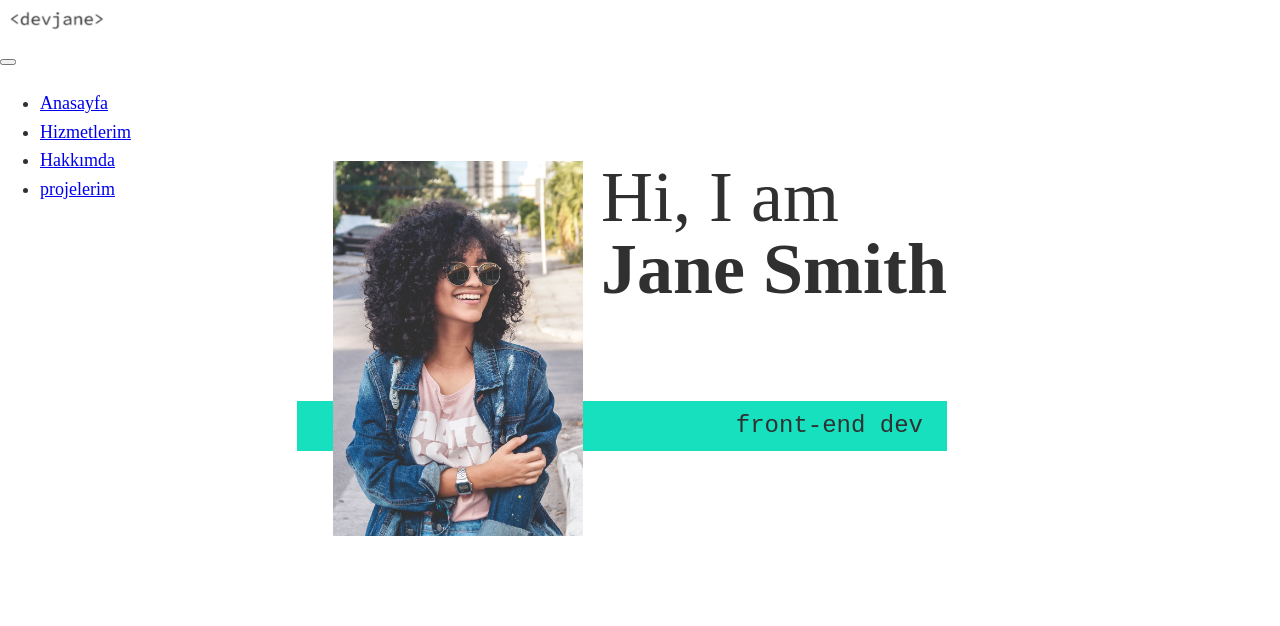
Repository: denizangin/portfolyo
Page: index.html
An editor plug-in stored every save of this project. The page is shown before and after a run of saves, followed by the edit.
The browser window is 1280 px wide. The pictures show the part of the page from y = 0 to 626 px (the page is 3806 px tall).
Pictures or frames that could not be fetched are drawn as grey boxes. A picture or video elsewhere on the page could not be fetched, so the positions and the page height are approximate.

Above is the page before, as saved 2024-08-06 04:11:37.

After the next 10 saves:
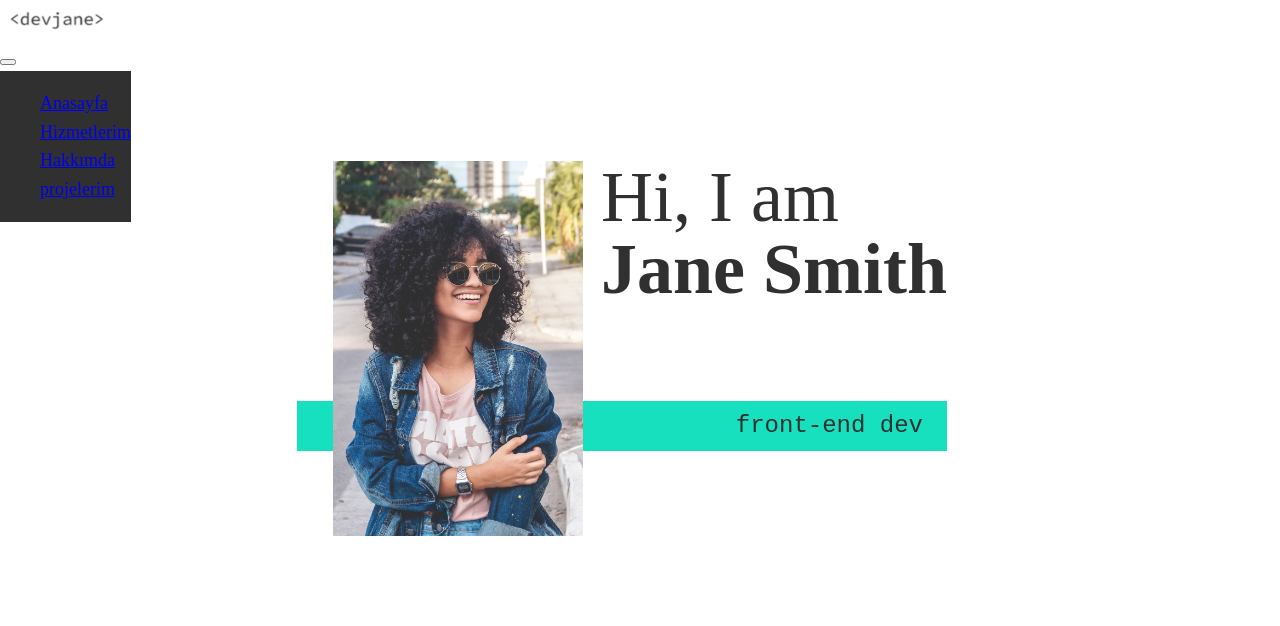
The 10 saves are shown as one change because they came seconds apart.
The last was saved 29 s later.
--- a/style.css
+++ b/style.css
@@ -119,7 +119,9 @@ font-weight: var(--fw-reg);
 
 .nav{
     position:fixed;
-    background: var
+    background: var(--clr-dark);
+    color: var(--clr)
+
 }
 
 
